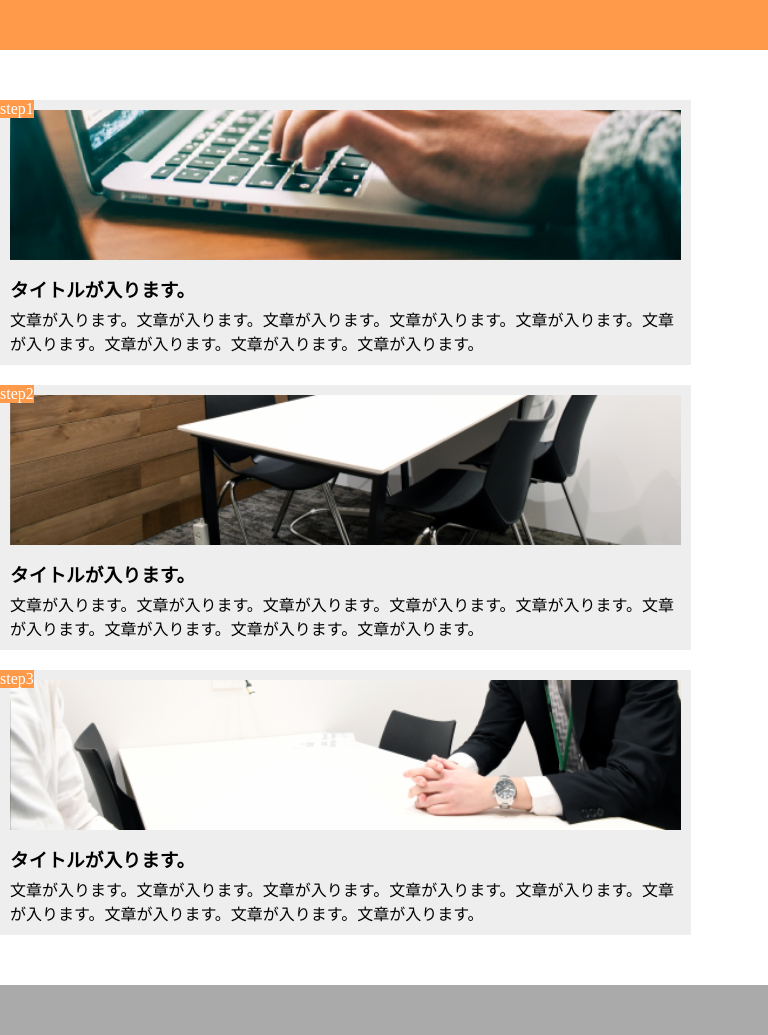
Repository: tkikokiko/webcamp-practice
Page: 1-10/index1-10.html
The author's editor kept a record of every edit. The page is drawn from the files as they stood at one moment, then again after the next edit.
The browser window is 768 px wide. The pictures show the whole page.

Above is the page before.

After the next edit:
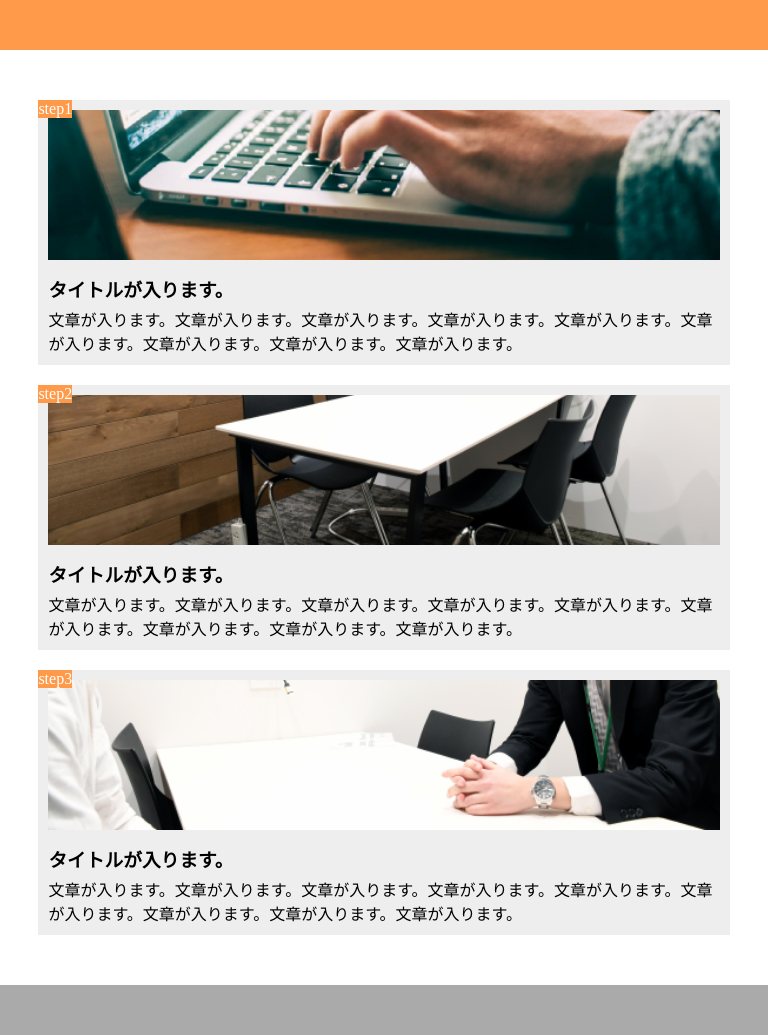
The edit:
--- a/1-10/style1-10.css
+++ b/1-10/style1-10.css
@@ -92,7 +92,7 @@
 
   .main-box {
     width: 90%;
-    margin-bottom: 20px;
+    margin: 0 5% 20px 5%;
   }
 
   .main-box:last-child {
